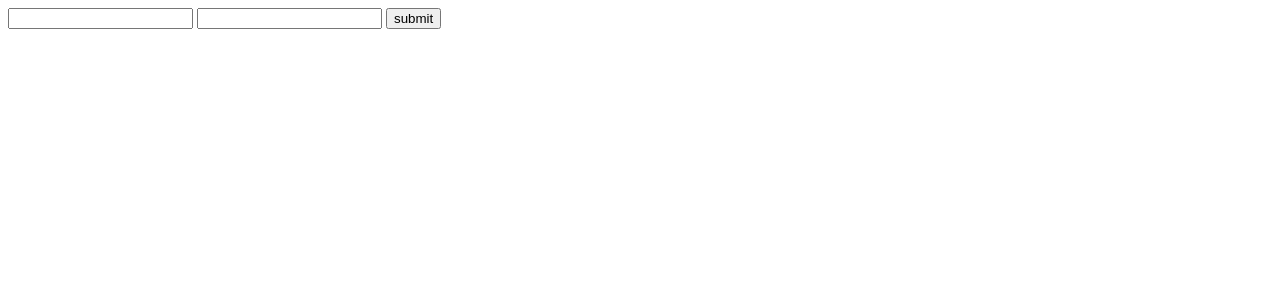
Repository: amankeshwani21/Assignments_java
Page: HelloServelet/WebContent/index.html
The author's editor kept a copy of each file at every save. The page is drawn from the files as they stood at one save, then again after the next save.
The browser window is 1280 px wide. The pictures show the whole page.

Above is the page before, as saved 2021-01-25 09:16:11.

### HelloServelet/WebContent/index.html
<html>
<body>
  <form action="Hello" >
     <input type="text" name="name" />
     <input type="password" name="pass" />
     <input type="submit" value="submit" />
  </form>

</body>

</html>

After the next save:
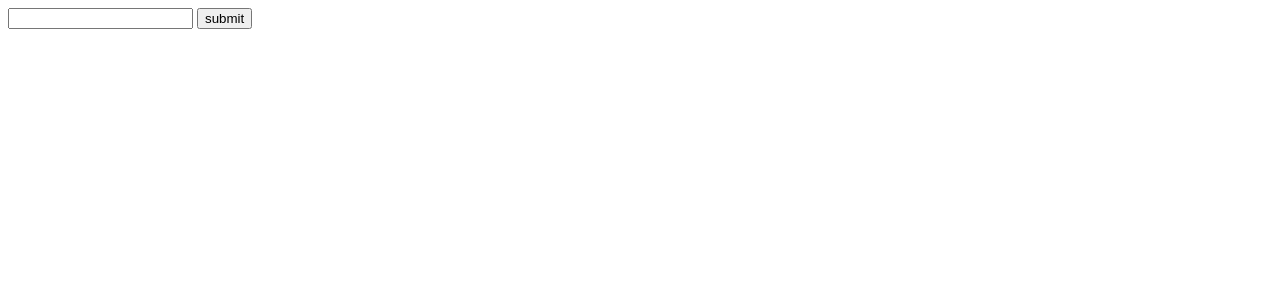
Saved 11 s later.
--- a/HelloServelet/WebContent/index.html
+++ b/HelloServelet/WebContent/index.html
@@ -1,6 +1,6 @@
 <html>
 <body>
-  <form action="Hello" >
+  <form action="Hello" method="post >
      <input type="text" name="name" />
      <input type="password" name="pass" />
      <input type="submit" value="submit" />

After the save that followed:
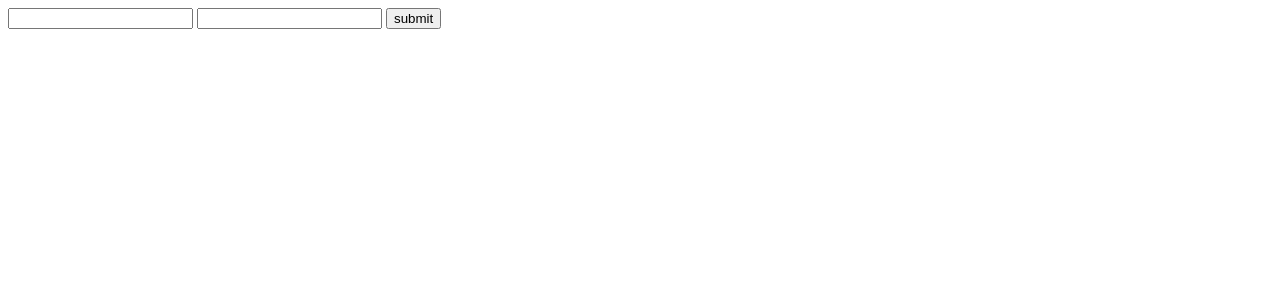
Saved 5 s later.
--- a/HelloServelet/WebContent/index.html
+++ b/HelloServelet/WebContent/index.html
@@ -1,6 +1,6 @@
 <html>
 <body>
-  <form action="Hello" method="post >
+  <form action="Hello" method="post" >
      <input type="text" name="name" />
      <input type="password" name="pass" />
      <input type="submit" value="submit" />
